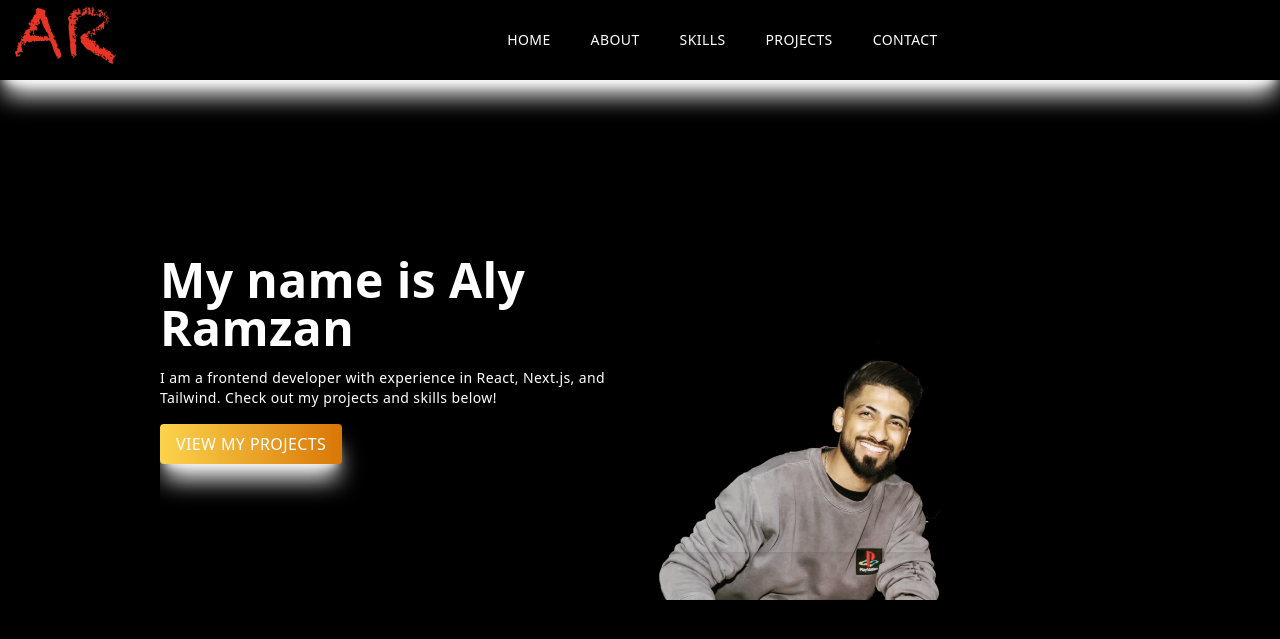
Repository: Sheraliramzan/alyportfolio
Page: /
An editor plug-in stored every save of this project. The page is shown before and after a run of saves, followed by the edit.
The browser window is 1280 px wide. The pictures show the whole page.
The project was rebuilt for these pictures with package versions that can differ from the ones it lists, and the page was loaded fresh each time. The framework's server and built-in components were replaced by stand-ins that run in the browser. Also part of the build but not shown: next.config.js.

Above is the page before, as saved 2023-03-05 20:07:41.

### pages/index.js
import Head from 'next/head'
import react from 'react'
import Image from 'next/image'
import Navbar from '@/components/Navbar'
import Hero from '@/components/Home'


export default function Home() {
  return (
    <>
      <Head>
        <title>Aly | Front-end Developer</title>
        <meta name="description" content="Generated by create next app" />
        <meta name="viewport" content="width=device-width, initial-scale=1" />
        <link rel="icon" href="/assets/logo.png" />
      </Head>
      <Navbar/>
      <Hero/>
    </>
  )
}

### styles/globals.css
@tailwind base;
@tailwind components;
@tailwind utilities;

@layer base{
  body {
    @apply bg-black text-gray-800 tracking-wide
  }
  h1,h2,h3,h4,h5,h6 {
    @apply font-bold text-gray-800
  }
  h1{
    @apply text-4xl sm:text-5xl md:text-6xl
  }
  h2{
    @apply text-3xl sm:text-4xl
  }
  li{
    @apply cursor-pointer
  }
  button{
    @apply shadow-xl shadow-white rounded-xl uppercase bg-gradient-to-r from-amber-300 to-amber-600
  }
}

### components/Navbar.jsx
import Image from "next/image";
import Link from "next/link";
import React, {useState} from "react";
import {AiOutlineClose, AiOutlineMail, AiOutlineMenu} from "react-icons/ai";
import {FaLinkedinIn, FaInstagram, FaGithub} from "react-icons/fa";

export default function Navbar () {

    const [show, setShow] = useState(false);

    const handleShow = () => {
        setShow(!show);
    }
    return(
        <div className="fixed w-full h-20 bg-black shadow-xl shadow-white z-[100]">
            <div className="flex justify-between items-center w-full h-full px-2 2xl:px-16">
                <Image
                    src="/../public/assets/logo.png"
                    alt="/"
                    width={125}
                    height={50}
                />
                <div>
                    <ul className=" hidden md:flex ">
                        <Link href="/">
                            <li className="ml-10 text-sm uppercase hover:border-b hover:text-red-600 text-white">Home</li>
                        </Link>
                        <Link href="/">
                            <li className="ml-10 text-sm uppercase hover:border-b hover:text-red-600 text-white">About</li>
                        </Link>
                        <Link href="/">
                            <li className="ml-10 text-sm uppercase hover:border-b hover:text-red-600 text-white">Skills</li>
                        </Link>
                        <Link href="/">
                            <li className="ml-10 text-sm uppercase hover:border-b hover:text-red-600 text-white">Projects</li>
                        </Link>
                        <Link href="/">
                            <li className="ml-10 text-sm uppercase hover:border-b hover:text-red-600 text-white">Contact</li>
                        </Link>

                    </ul>
                     <div onClick={handleShow} className="md:hidden">
                         <AiOutlineMenu size={25}/>
                    </div>
                </div>
                <div className={show ? "md:hidden fixed left-0 top-0 w-full h-screen bg-black/60" : ""}>
                    <div className={show ?
                    "fixed left-0 top-0 w-[75%] sm:w-[60%] md:w-[45%] h-screen bg-gray-500 p-10 ease-in duration-500" :
                    "fixed left-[-100%] top-0 p-10 ease-in duration-500"}>
                        <div>
                            <div className="flex w-full items-center justify-between">
                                <Image
                                src="/../public/assets/logo.png"
                                alt="/"
                                width={87}
                                height={35}
                                />
                                <div onClick={handleShow} className="bg-gray-500 rounded-full shadow-lg shadow-black p-3 cursor-pointer">
                                    <AiOutlineClose size={25}/>
                                </div>
                            </div>
                            <div className="border-b border-black my-4">
                                <p className="w-[85%] md:w-[90%] py-4 font-bold">Let's code something outstanding</p>
                            </div>
                        </div>
                        <div className="py-4 flex flex-col">
                            <ul className="uppercase">
                                <Link href="/">
                                    <li className="py-4 text-sm font-bold">Home</li>
                                </Link>
                                <Link href="/">
                                    <li className="py-4 text-sm font-bold ">About</li>
                                </Link>
                                <Link href="/">
                                    <li className="py-4 text-sm font-bold">Skills</li>
                                </Link>
                                <Link href="/">
                                    <li className="py-4 text-sm font-bold">Projects</li>
                                </Link>
                                <Link href="/">
                                    <li className="py-4 text-sm font-bold">Contact</li>
                                </Link>
                            </ul>
                            <div className="pt-40">
                                <p className="uppercase tracking-widest text-red-600">Connect with me</p>
                                <div className="flex items-center justify-between my-4 w-full sm:w-[80%]">
                                    <div className="rounded-full shadow-lg shadow-black p-3 cursor-pointer hover:scale-105 ease-in duration-300">
                                        <FaLinkedinIn />
                                    </div>
                                    <div className="rounded-full shadow-lg shadow-black p-3 cursor-pointer hover:scale-105 ease-in duration-300">
                                        <FaGithub />
                                    </div>
                                    <div className="rounded-full shadow-lg shadow-black p-3 cursor-pointer hover:scale-105 ease-in duration-300">
                                        <FaInstagram />
                                    </div>
                                    <div className="rounded-full shadow-lg shadow-black p-3 cursor-pointer hover:scale-105 ease-in duration-300">
                                        <AiOutlineMail />
                                    </div>
                                </div>
                            </div>
                        </div>
                    </div>
                </div>
            </div>
        </div>
    )
}

### components/Home.jsx
import React from "react";
import Head from "next/head";
import Image from "next/image";
import Link from "next/link";

export default function Hero () {
  return (
    <div className="min-h-screen flex flex-col justify-center items-center">
      <Head>
        <title>My Portfolio | Hero Page</title>
      </Head>
      <div className="max-w-screen-lg w-full px-4 sm:px-6 lg:px-8">
        <div className="relative flex flex-col md:flex-row items-center justify-center md:justify-between py-8 md:py-12 rounded-lg shadow-lg overflow-hidden">
          <div className="md:w-1/2">
            <h1 className="text-3xl md:text-5xl font-bold leading-tight text-white mb-2">
              My name is Aly Ramzan
            </h1>
            <p className="text-white text-xl md:text-sm my-4">
              I am a frontend developer with experience in React, Next.js, and Tailwind. Check out my projects and skills below!
            </p>
            <div className="mt-4">
              <Link href="/projects">
                <button className="text-white bg-blue-600 hover:bg-blue-700 font-medium py-2 px-4 rounded">
                  View my projects
                </button>
              </Link>
            </div>
          </div>
          <div className="md:w-1/2 mt-8 md:mt-0">
            <div className="relative h-72 sm:h-80 md:h-96">
              <div className="absolute inset-0 h-full w-full opacity-75 rounded-lg shadow-lg"></div>
              <Image
                src="/../public/assets/Me.png"
                alt="Hero Image"
                width={300}
                height={300}
              />
            </div>
          </div>
        </div>
      </div>
    </div>
  );
};

Loaded but not shown: pages/_app.js (common file); pages/_document.js (common file); tailwind.config.js (common file)

After the next 2 saves:
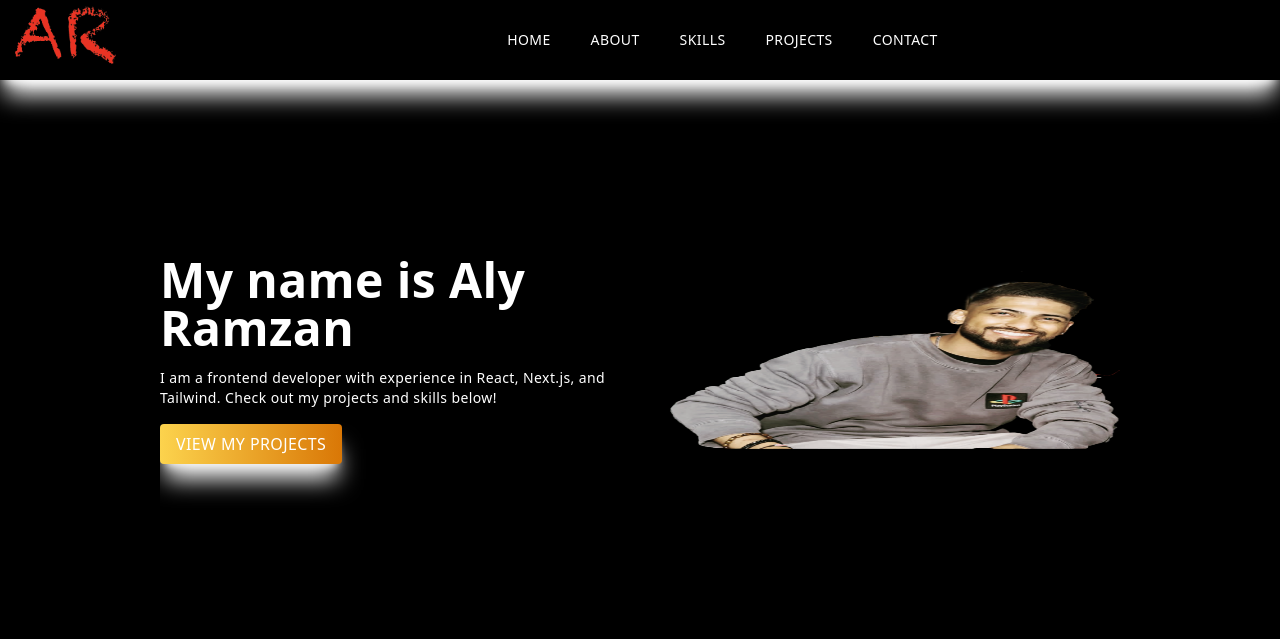
The 2 saves are shown as one change because they came seconds apart.
The last was saved 10 s later.
--- a/components/Home.jsx
+++ b/components/Home.jsx
@@ -34,6 +34,7 @@
                 alt="Hero Image"
                 width={300}
                 height={300}
+                layout="fill"
               />
             </div>
           </div>

After the 3 saves that followed:
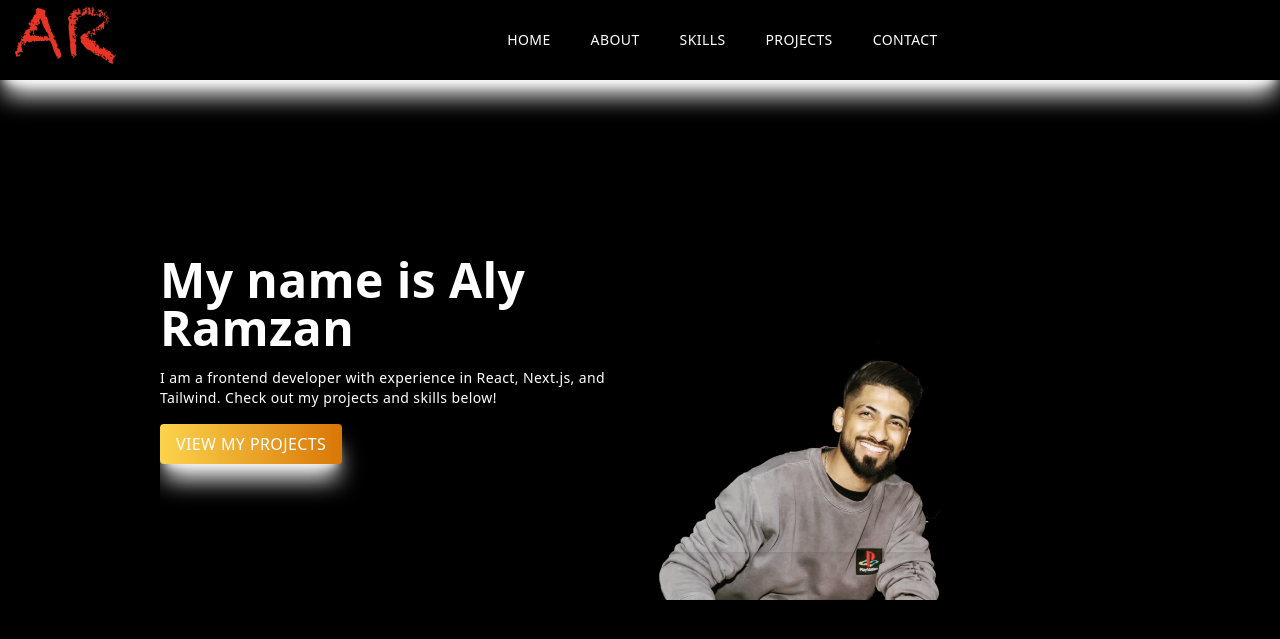
The 3 saves are shown as one change because they came seconds apart.
The last was saved 10 s later.
--- a/components/Home.jsx
+++ b/components/Home.jsx
@@ -34,7 +34,7 @@
                 alt="Hero Image"
                 width={300}
                 height={300}
-                layout="fill"
+
               />
             </div>
           </div>
